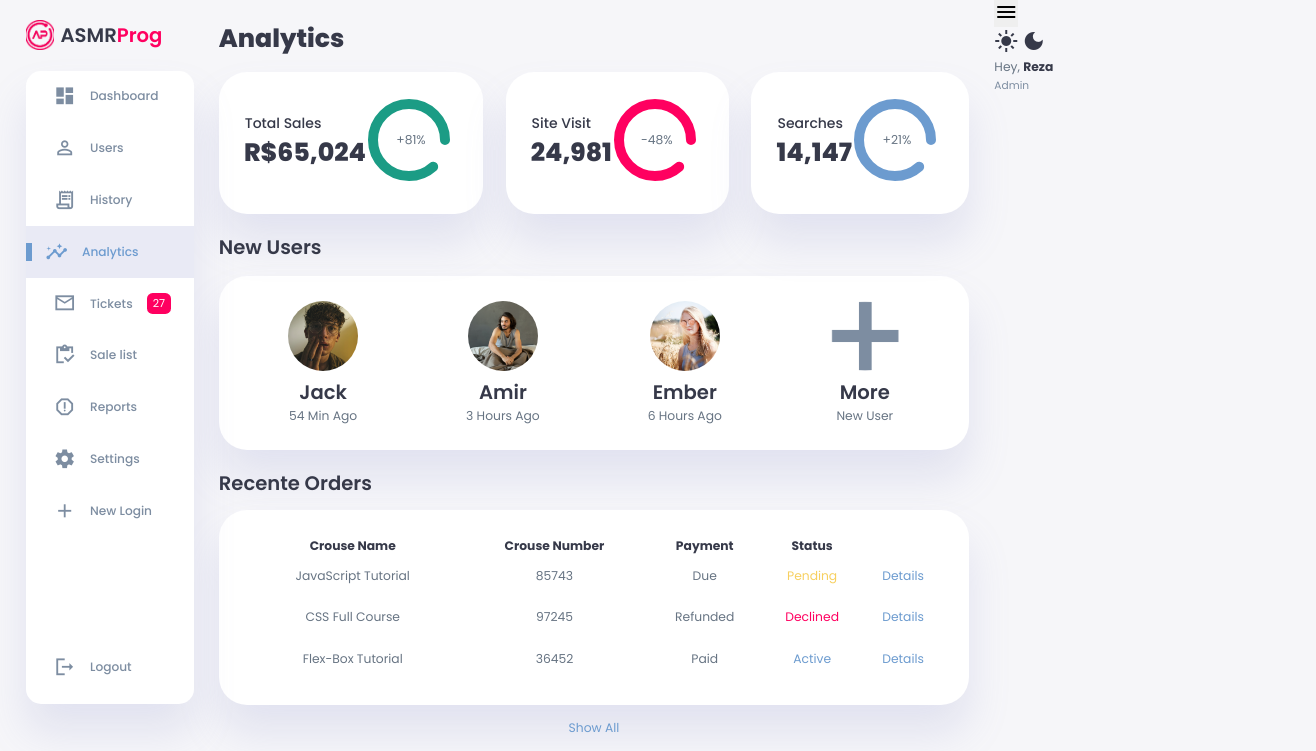
Repository: pheonix5/ProjetosRN-linux
Page: DashBoard/index.html
The author's editor kept a copy of each file at every save. The page is drawn from the files as they stood at one save, then again after the next save.
The browser window is 1280 px wide. The page is 1316 px wide, so the pictures cover 1316 px, including what lies to the right of the window. The pictures show the whole page.

Above is the page before, as saved 2023-08-06 02:40:33.

### DashBoard/index.html
<!DOCTYPE html>
<html lang="pt-br">

<head>
  <meta charset="UTF-8">
  <meta name="viewport" content="width=device-width, initial-scale=1.0">
  <link href="https://fonts.googleapis.com/icon?family=Material+Icons+Sharp" rel="stylesheet">
  <link rel="stylesheet" href="style.css">
  <title>Responsive Dashboard Design #1</title>
</head>

<body>

  <div class="container">
    <!-- Siderbar Section -->
    <aside>
      <div class="toggle">
        <div class="logo">
          <img src="images/logo.png">
          <h2>ASMR<span class="danger">Prog</span></h2>
        </div>
        <div class="close" id="close-btn">
          <span class="material-icons-sharp">
            close
          </span>
        </div>
      </div>

      <div class="sidebar">
        <a href="#">
          <span class="material-icons-sharp">
            dashboard
          </span>
          <h3>Dashboard</h3>
        </a>
        <a href="#">
          <span class="material-icons-sharp">
            person_outline
          </span>
          <h3>Users</h3>
        </a>
        <a href="#">
          <span class="material-icons-sharp">
            receipt_long
          </span>
          <h3>History</h3>
        </a>
        <a href="#" class="active">
          <span class="material-icons-sharp">
            insights
          </span>
          <h3>Analytics</h3>
        </a>
        <a href="#">
          <span class="material-icons-sharp">
            mail_outline
          </span>
          <h3>Tickets</h3>
          <span class="message_count">27</span>
        </a>
        <a href="#">
          <span class="material-icons-sharp">
            inventory
          </span>
          <h3>Sale list</h3>
        </a>
        <a href="#">
          <span class="material-icons-sharp">
            report_gmailerrorred
          </span>
          <h3>Reports</h3>
        </a>
        <a href="#">
          <span class="material-icons-sharp">
            settings
          </span>
          <h3>Settings</h3>
        </a>
        <a href="#">
          <span class="material-icons-sharp">
            add
          </span>
          <h3>New Login</h3>
        </a>
        <a href="#">
          <span class="material-icons-sharp">
            logout
          </span>
          <h3>Logout</h3>
        </a>
      </div>
    </aside>
    <!-- Fim da Seção do Sidebar-->

    <!-- Main Content-->
    <main>
      <h1>Analytics</h1>
      <!-- Analyses -->
      <div class="analyse">
        <div class="sales">
          <div class="status">
            <div class="info">
              <h3>Total Sales</h3>
              <h1>R$65,024</h1>
            </div>
            <div class="progresss">
              <svg>
                <circle cx="38" cy="38" r="36"></circle>
              </svg>
              <div class="percentage">
                <p>+81%</p>
              </div>
            </div>
          </div>
        </div>

        <div class="visits">
          <div class="status">
            <div class="info">
              <h3>Site Visit</h3>
              <h1>24,981</h1>
            </div>
            <div class="progresss">
              <svg>
                <circle cx="38" cy="38" r="36"></circle>
              </svg>
              <div class="percentage">
                <p>-48%</p>
              </div>
            </div>
          </div>
        </div>

        <div class="searches">
          <div class="status">
            <div class="info">
              <h3>Searches</h3>
              <h1>14,147</h1>
            </div>
            <div class="progresss">
              <svg>
                <circle cx="38" cy="38" r="36"></circle>
              </svg>
              <div class="percentage">
                <p>+21%</p>
              </div>
            </div>
          </div>
        </div>
      </div>
      <!-- End Of Analyses -->

      <!--  New Users Section -->
      <div class="new-users">
        <h2>New Users</h2>
        <div class="user-list">
          <div class="user">
            <img src="images/profile-2.jpg">
            <h2>Jack</h2>
            <p>54 Min Ago</p>
          </div>
          <div class="user">
            <img src="images/profile-3.jpg">
            <h2>Amir</h2>
            <p>3 Hours Ago</p>
          </div>
          <div class="user">
            <img src="images/profile-4.jpg">
            <h2>Ember</h2>
            <p>6 Hours Ago</p>
          </div>
          <div class="user">
            <img src="images/plus.png">
            <h2>More</h2>
            <p>New User</p>
          </div>
        </div>
      </div>
      <!-- End of New Users Section -->


      <!-- Recente Orders Table -->
      <div class="recent-orders">
        <h2>Recente Orders</h2>
        <table>
          <thead>
            <tr>
              <th>Crouse Name</th>
              <th>Crouse Number</th>
              <th>Payment</th>
              <th>Status</th>
              <th></th>
            </tr>
          </thead>
          <tbody>

          </tbody>
        </table>
        <a href="#">Show All</a>
      </div>
      <!-- End of Recent Orders -->

    </main>
    <!-- End of Main Content -->

    <!-- Right Section-->
    <div class="right-section">
      <div class="nav">
        <button id="menu-btn">
          <span class="material-icons-sharp">
            menu
          </span>
        </button>
        <div class="dark-mode">
          <span class="material-icons-sharp active">
            light_mode
          </span>
          <span class="material-icons-sharp active">
            dark_mode
          </span>
        </div>

        <div class="profile">
          <div class="info">
            <p>Hey, <b>Reza</b></p>
            <small class="text-muted">Admin</small>
          </div>
        </div>

      </div>
    </div>


  </div>

  <script src="orders.js"></script>
  <script src="index.js"></script>
</body>

</html>

### DashBoard/style.css
@import url('https://fonts.googleapis.com/css2?family=Barlow:ital,wght@0,100;0,200;0,300;0,400;0,500;0,600;0,700;0,800;0,900;1,100;1,200;1,300;1,400;1,500;1,600;1,700;1,800;1,900&family=Poppins:wght@300;400;500;600;700;800&display=swap');

:root{
  --color-primary: #6C9BCF;
    --color-danger: #FF0060;
    --color-success: #1B9C85;
    --color-warning: #F7D060;
    --color-white: #fff;
    --color-info-dark: #7d8da1;
    --color-dark: #363949;
    --color-light: rgba(132, 139, 200, 0.18);
    --color-dark-variant: #677483;
    --color-background: #f6f6f9;

    --card-border-radius: 2rem;
    --border-radius-1: 0.4rem;
    --border-radius-2: 1.2rem;

    --card-padding: 1.8rem;
    --padding-1: 1.2rem;

    --box-shadow: 0 2rem 3rem var(--color-light);
}

.dark-mode-variables{
  --color-background: #181a1e;
    --color-white: #202528;
    --color-dark: #edeffd;
    --color-dark-variant: #a3bdcc;
    --color-light: rgba(0, 0, 0, 0.4);
    --box-shadow: 0 2rem 3rem var(--color-light);
}

*{
  margin: 0;
  padding: 0;
  outline: 0;
  appearance: 0;
  border: 0;
  text-decoration: none;
  box-sizing: border-box;
}

html{
  font-size: 14px;
}

body{
  width: 100vw;
  height: 100vh;
  font-family: 'Poppins', sans-serif;
  font-size: 0.88rem;
  user-select: none;
  overflow-x: hidden;
  color: var(--color-dark);
  background-color: var(--color-background);
}

a{
  color: var(--color-dark);
}

img{
  display: block;
  width: 100%;
  object-fit: cover;
}

h1{
  font-weight: 800;
  font-size: 1.8rem;
}

h2{
  font-weight: 600;
  font-size: 1.4rem;
}

h3{
  font-weight: 500;
  font-size: 0.87rem;
}

small{
  font-size: 0.76rem;
}

p{
  color: var(--color-dark-variant);
}

b{
  color: var(--color-dark);
}

.text-muted{
  color: var(--color-info-dark);
}

.primary{
  color: var(--color-primary);
}

.danger{
  color: var(--color-danger);
}

.sucess{
  color: var(--color-success);
}

.warning{
  color: var(--color-warning);
}

.container{
  display: grid;
  width: 96%;
  margin: 0 auto;
  gap: 1.8rem;
  grid-template-columns: 12rem auto 23rem;
}

aside{
  height: 100vh;
}

aside .toggle{
  display: flex;
  align-items: center;
  justify-content: space-between;
  margin-top: 1.4rem;
}

aside .toggle .logo{
  display: flex;
  gap: 0.5rem;
}

aside .toggle .logo img{
  width: 2rem;
  width: 2rem;
}

aside .toggle .close{
  padding-right: 1rem;
  display: none;
}

aside .sidebar{
  display: flex;
  flex-direction: column;
  background-color: var(--color-white);
  box-shadow: var(--box-shadow);
  border-radius: 15px;
  height: 88vh;
  position: relative;
  top: 1.5rem;
  transition: all 0.3s ease;
}

aside .sidebar:hover{
  box-shadow: none;
}

aside .sidebar a{
  display: flex;
  align-items: center;
  color:  var(--color-info-dark);
  height: 3.7rem;
  gap: 1rem;
  position: relative;
  margin-left: 2rem;
  transition: all 0.3s ease;
}

aside .sidebar a span{
  font-size: 1.6rem;
  transition: all 0.3s ease;
}

aside .sidebar a:last-child{
  position: absolute;
  bottom: 0.8rem;
  width: 100%;
}

aside .sidebar a.active{
  width: 100%;
  color: var(--color-primary);
  background-color: var(--color-light);
  margin-left: 0;
}

aside .sidebar a.active::before{
  content: '';
  width: 6px;
  height: 18px;
  background-color: var(--color-primary);
}

aside .sidebar a.active span{
  color: var(--color-primary);
  margin-left: calc(1rem -3px);
}

aside .sidebar a:hover{
  color: var(--color-primary);
}

aside .sidebar a:hover span{
  margin-left: 0.6rem;
}

aside .sidebar .message_count{
  background-color: var(--color-danger);
  padding: 2px 6px;
  color: var(--color-white);
  font-size: 11px;
  border-radius: var(--border-radius-1);
}

main{
  margin-top: 1.4rem;
}

main .analyse{
  display: grid;
  grid-template-columns: repeat(3, 1fr);
  gap: 1.6rem;
}

main .analyse > div{
  background-color: var(--color-white);
  padding: var(--card-padding);
  border-radius: var(--card-border-radius);
  margin-top: 1rem;
  box-shadow: var(--box-shadow);
  cursor: pointer;
  transition: all 0.3s ease;
}

main .analyse > div:hover{
  box-shadow: none;
}

main .analyse > div .status{
  display: flex;
  align-items: center;
  justify-content: space-between;
}


main .analyse h3{
  margin-left: .06rem;
  font-size: 1rem;
}

main .analyse .progresss{
  position: relative;
  width: 92px;
  height: 92px;
  border-radius: 50%;
}

main .analyse svg{
  width: 7rem;
  height: 7rem;
}

main .analyse svg circle{
  fill: none;
  stroke-width: 10;
  stroke-linecap: round;
  transform: translate(5px, 5px);
}

main .analyse .sales svg circle{
  stroke: var(--color-success);
  stroke-dashoffset: -30;
  stroke-dasharray: 200;
}

main .analyse .visits svg circle{
  stroke: var(--color-danger);
  stroke-dashoffset: -30;
  stroke-dasharray: 200;
}

main .analyse .searches svg circle{
  stroke: var(--color-primary);
  stroke-dashoffset: -30;
  stroke-dasharray: 200;
}

main .analyse .progresss .percentage{
  position: absolute;
  top: -3px;
  left: -1px;
  display: flex;
  align-items: center;
  justify-content: center;
  height: 100%;
  width: 100%;
}

main .new-users{
  margin-top: 1.3rem;
}

main .new-users .user-list{
  background-color: var(--color-white);
  padding: var(--card-padding);
  border-radius: var(--card-border-radius);
  margin-top: 1rem;
  box-shadow: var(--box-shadow);
  display: flex;
  justify-content: space-around;
  flex-wrap: wrap;
  gap: 1.4rem;
  transition: all 0.3s ease;
}

main .new-users .user-list:hover{
  box-shadow: none;
}

main .new-users .user-list .user{
  display: flex;
  flex-direction: column;
  align-items: center;
  justify-content: center;
}

main .new-users .user-list .user img{
  width: 5rem;
  height: 5rem;
  margin-bottom: 0.4rem;
  border-radius: 50%;
}

main .recent-orders{
  margin-top: 1.3rem;
}

main .recent-orders h2{
  margin-bottom: 0.8rem;
}

main .recent-orders table{
  background-color: var(--color-white);
  width: 100%;
  padding: var(--card-padding);
  text-align: center;
  box-shadow: var(--box-shadow);
  border-radius: var(--card-border-radius);
  transition: all 0.3s ease;
}

main .recent-orders table:hover{
  box-shadow: none;
}

main table tbody td{
  height: 2.8rem;
  border-bottom: 1px solid var(--color-white);
  color: var(--color-dark-variant);
}

main table tbody tr:last-child td{
  border: none;
}

main .recent-orders a{
  text-align: center;
  display: block;
  margin: 1rem auto;
  color:  var(--color-primary);
}

### DashBoard/orders.js
const Orders = [
  {
    productName: 'JavaScript Tutorial',
    productNumber: '85743',
    paymentStatus: 'Due',
    status: 'Pending'
  },
  {
    productName: 'CSS Full Course',
    productNumber: '97245',
    paymentStatus: 'Refunded',
    status: 'Declined'
  },
  {
    productName: 'Flex-Box Tutorial',
    productNumber: '36452',
    paymentStatus: 'Paid',
    status: 'Active'
  },
]

### DashBoard/index.js
Orders.forEach(order => {
  const tr = document.createElement('tr');
  const trContent = `
    <td>${order.productName}</td>
    <td>${order.productNumber}</td>
    <td>${order.paymentStatus}</td>
    <td class="${order.status === 'Declined' ? 'danger' : order.status === 'Pending' ? 'warning' : 'primary'}">${order.status}</td>
    <td class="primary">Details</td>
  ` ;
  tr.innerHTML = trContent;
  document.querySelector('table tbody').appendChild(tr)
})

After the next save:
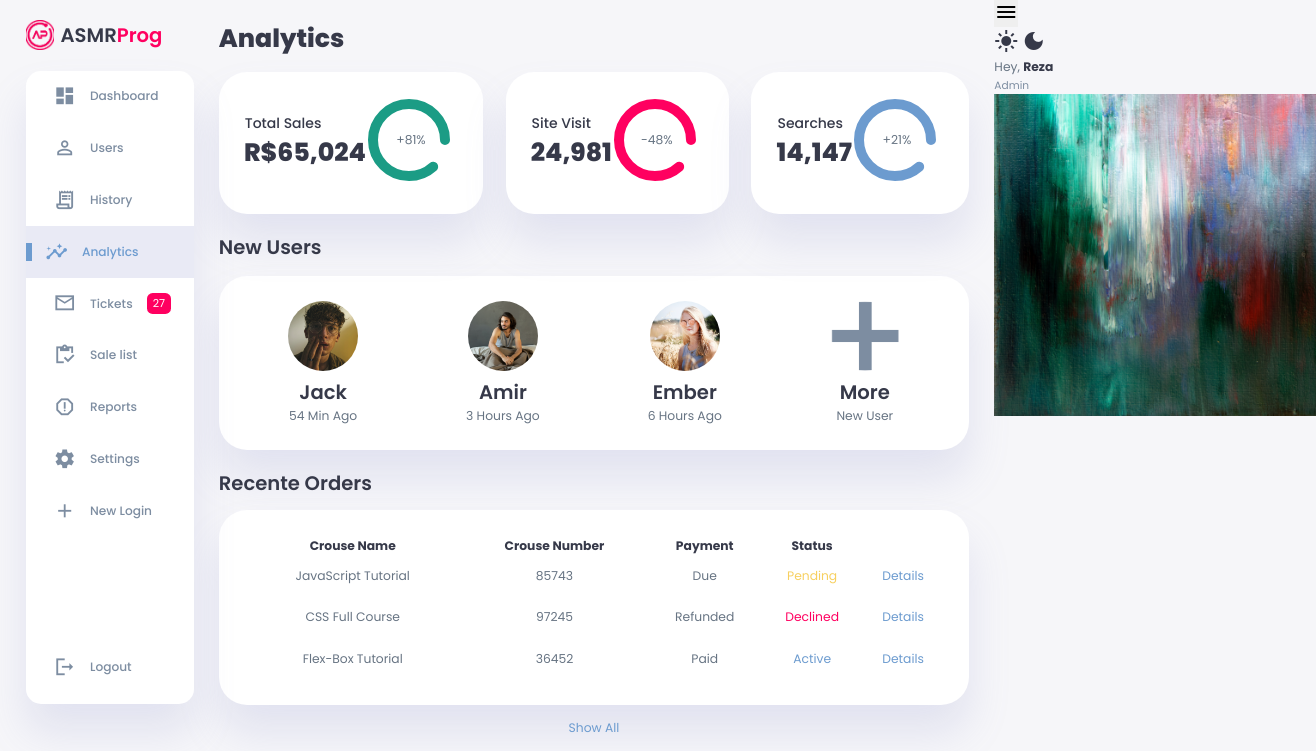
Saved 47 s later.
--- a/DashBoard/index.html
+++ b/DashBoard/index.html
@@ -225,6 +225,9 @@
             <p>Hey, <b>Reza</b></p>
             <small class="text-muted">Admin</small>
           </div>
+          <div class="profile-photo">
+            <img src="images/profile-1.jpg">
+          </div>
         </div>
 
       </div>
